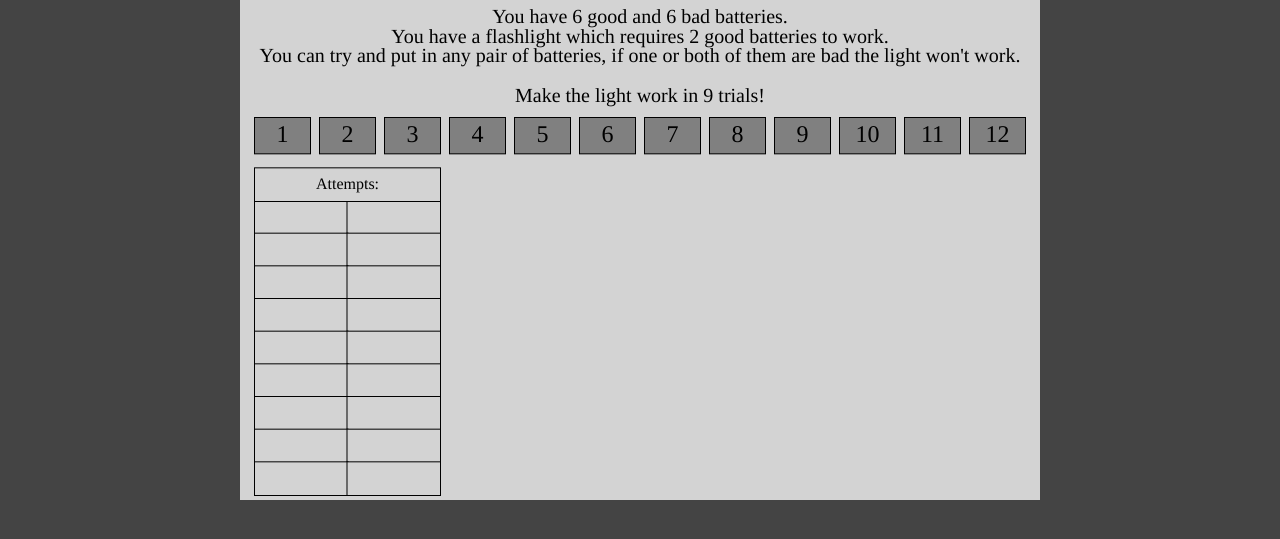
Repository: StevenZsombo/games
Page: docs/batteries/batteries.html
An editor plug-in stored every save of this project. The page is shown before and after the next save, followed by the edit.
The browser window is 1280 px wide. The pictures show the whole page.

Above is the page before, as saved 2025-07-04 10:30:08.

After the next save:
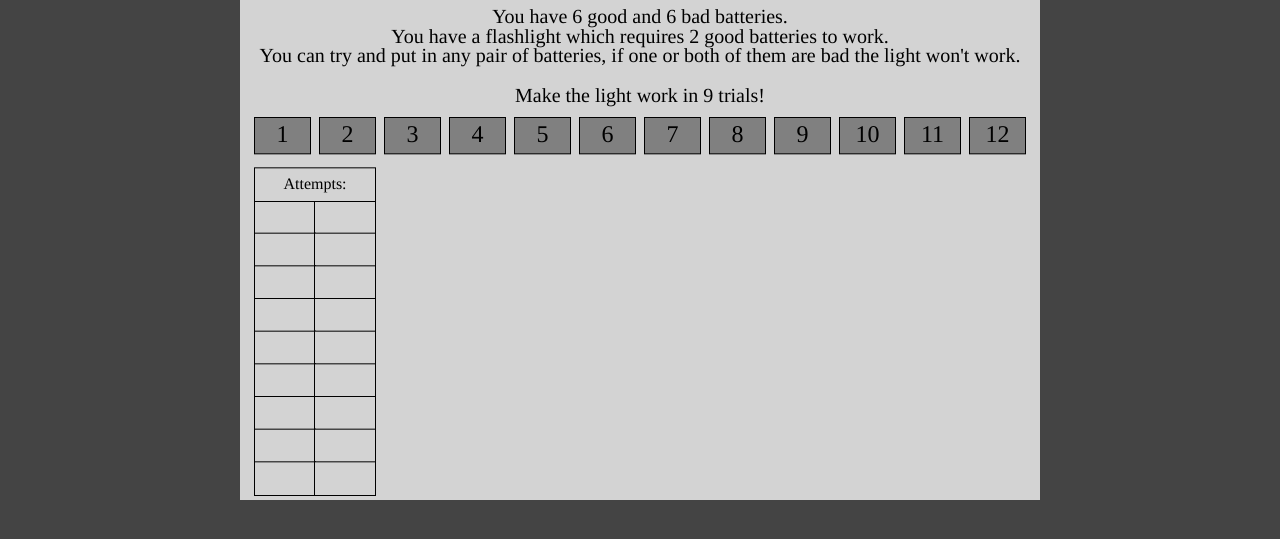
Saved 10 min 18 s later.
--- a/docs/batteries.js
+++ b/docs/batteries.js
@@ -266,7 +266,7 @@ Make the light work in 9 trials!
 
         this.tablebg = this.grid[2].splitCol(1, 3)[0]
         this.tablebg.leftat(this.batteries[0].left)
-        this.tablebg.rightstretchat(this.batteries[2].right)
+        this.tablebg.rightstretchat(this.batteries[1].right)
 
         this.table = this.tablebg.splitRow(...Array(10).fill(1))
         this.table = this.table.map((b, i) => i == 0 ? Button.fromRect(b) : b.splitCol(1, 1).map(Button.fromRect))
@@ -288,11 +288,26 @@ Make the light work in 9 trials!
         }
         this.alloptions = [...MM.combinations([...MM.range(1, 13)], 6)]
         this.victory = () => {
+            const lab = new Button()
+            this.add_clickable(lab)
+            lab.leftat(this.batteries[2].left)
+            lab.topat(this.table[3][0].top)
+            lab.rightstretchat(this.batteries.at(-1).right)
+            lab.bottomstretchat(this.table[6][0].bottom)
+            lab.transparent = true
+            lab.fontsize = 24
+
             if (this.alloptions.length != 0) { //you lose
                 const badones = MM.choice(this.alloptions).map(i => i - 1)
                 this.batteries.forEach((b, i) => {
                     b.color = badones.includes(i) ? "red" : "green"
                 })
+                this.table.slice(1).flat().forEach(b => {
+                    b.color = badones.includes(b.txt - 1) ? "red" : "green"
+                })
+                lab.txt =
+                    `Each of your attempts has a bad battery in them,
+so you could not make the light work.`
             } else {  //you win!
 
             }
